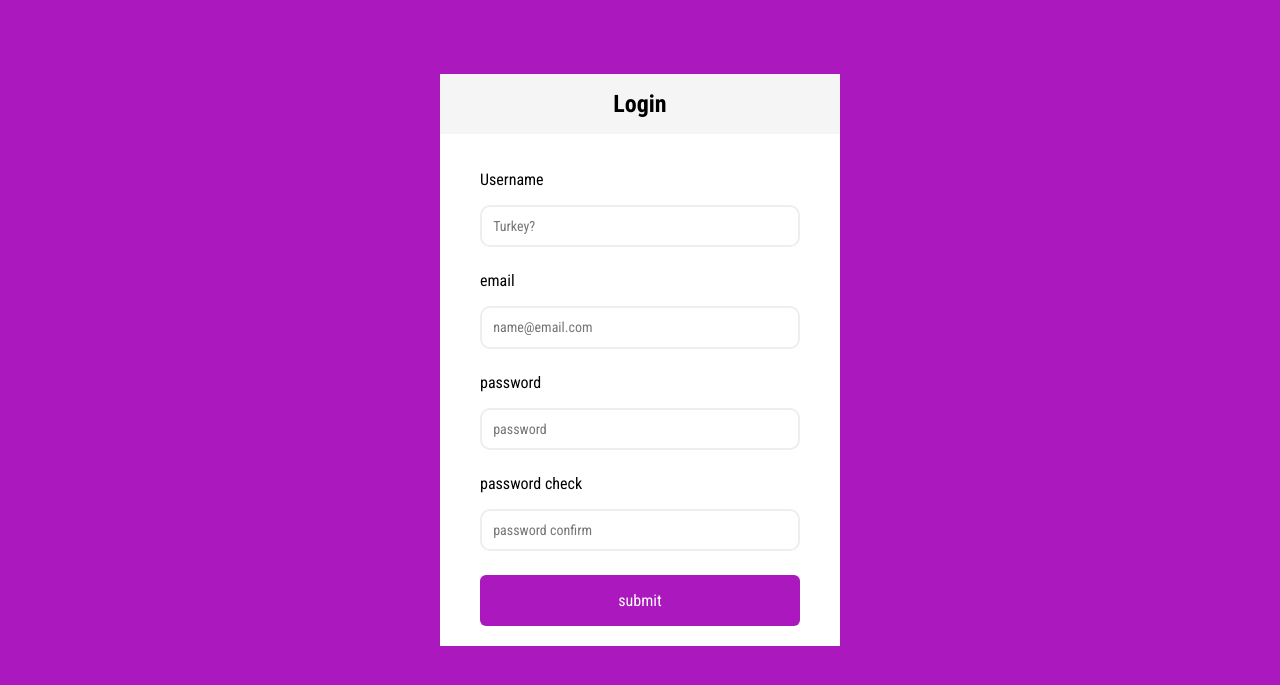
Repository: Abdoulrhman-altyeb/form-_validation-
Page: index.html
The author's editor kept a copy of each file at every save. The page is drawn from the files as they stood at one save, then again after the next save.
The browser window is 1280 px wide. The pictures show the whole page.

Above is the page before, as saved 2021-05-23 20:52:43.

### index.html
<!DOCTYPE html>
<html lang="en">
<head>
    <meta charset="UTF-8">
    <meta http-equiv="X-UA-Compatible" content="IE=edge">
    <meta name="viewport" content="width=device-width, initial-scale=1.0">
    <link rel="stylesheet" href="style.css">
    <link rel="stylesheet" href="https://cdnjs.cloudflare.com/ajax/libs/font-awesome/5.15.3/css/all.min.css"
        integrity="sha512-iBBXm8fW90+nuLcSKlbmrPcLa0OT92xO1BIsZ+ywDWZCvqsWgccV3gFoRBv0z+8dLJgyAHIhR35VZc2oM/gI1w=="
        crossorigin="anonymous" referrerpolicy="no-referrer" />
    <script src="script.js" defer></script>
    <title>form validation</title>
</head>
<body>
    <div class="container">
        <div class="header">
            <h2>Login</h2>
        </div>
        <form class="form">
            <div class="form-control">
                <label for="username">Username</label>
                <input type="text" placeholder="Turkey?" id="username">
                <i class="fa fa-check-circle"></i>
                <i class="fa fa-exclamation-circle"></i>
                <small>error message</small>
            </div>
            <div class="form-control">
                <label for="email">email</label>
                <input type="email" placeholder="name@email.com" id="email">
                <i class="fa fa-check-circle"></i>
                <i class="fa fa-exclamation-circle"></i>
                <small>error message</small>
            </div>
            <div class="form-control">
                <label for="password">password</label>
                <input type="password" placeholder="password" id="password">
                <i class="fa fa-check-circle"></i>
                <i class="fa fa-exclamation-circle"></i>
                <small>error message</small>
            </div>
            <div class="form-control">
                <label for="password2">password check</label>
                <input type="password" placeholder="password confirm" id="password2">
                <i class="fa fa-check-circle"></i>
                <i class="fa fa-exclamation-circle"></i>
                <small>error message</small>
            </div>
            <button type="submit" id="btn">submit</button>
        </form>
    </div>
</body>
</html>

### style.css
@import url('https://fonts.googleapis.com/css2?family=Roboto+Condensed:wght@400;700&display=swap');
*{
    padding:0;
    margin:0;
    box-sizing:border-box;
    font-family: 'Roboto Condensed', sans-serif;
}
body{
    display: flex;
    justify-content: center;
    align-items: center;
    min-height:100vh;
    background:rgb(171, 25, 190);
}
.container{
    background:white;
    width:400px;
    display: flex;
    flex-direction: column;
}
.header{
    text-align: center;
    padding:10px 40px;
    padding:1rem;
    background:whitesmoke;
    margin-bottom:1rem;
}
.form{
    padding:20px 40px;
}
.form-control{
    margin-bottom:0.5rem;
    padding-bottom:1rem;
    position: relative;
}
.form-control label{
    display: inline-block;
    margin-bottom:1rem;
}
.form-control input{
    display: block;
    border:2px solid #eee;
    width:100%;
    padding:0.7rem;
    font-size:14px;
    border-radius:10px;
}
.form-control i {
    position: absolute;
    top: 50px;
    right:1rem;
    visibility: hidden;
}
.form-control small {
    position: absolute;
    font-size:0.9rem;
    bottom:0;
    left:5px;
    visibility: hidden;
}

#btn {
    display: block;
    width:100%;
    background:rgb(171, 25, 190);
    color:white;
    padding:1rem;
    border-radius: 6px;
    border:none;
    font-size:1rem;
}

Loaded but not shown: script.js (no copy from this time; the picture is the same without it)

After the next save:
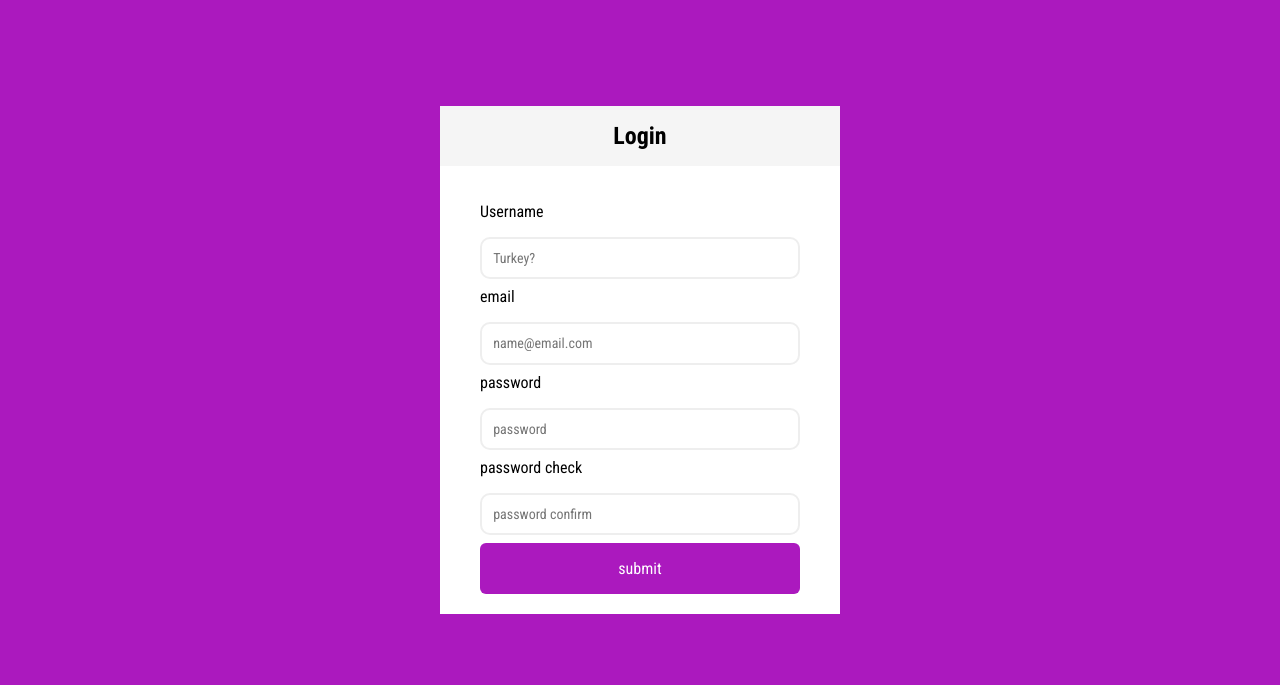
Saved 4 s later.
--- a/style.css
+++ b/style.css
@@ -30,7 +30,7 @@
 }
 .form-control{
     margin-bottom:0.5rem;
-    padding-bottom:1rem;
+    /* padding-bottom:1rem; */
     position: relative;
 }
 .form-control label{

After the 3 saves that followed:
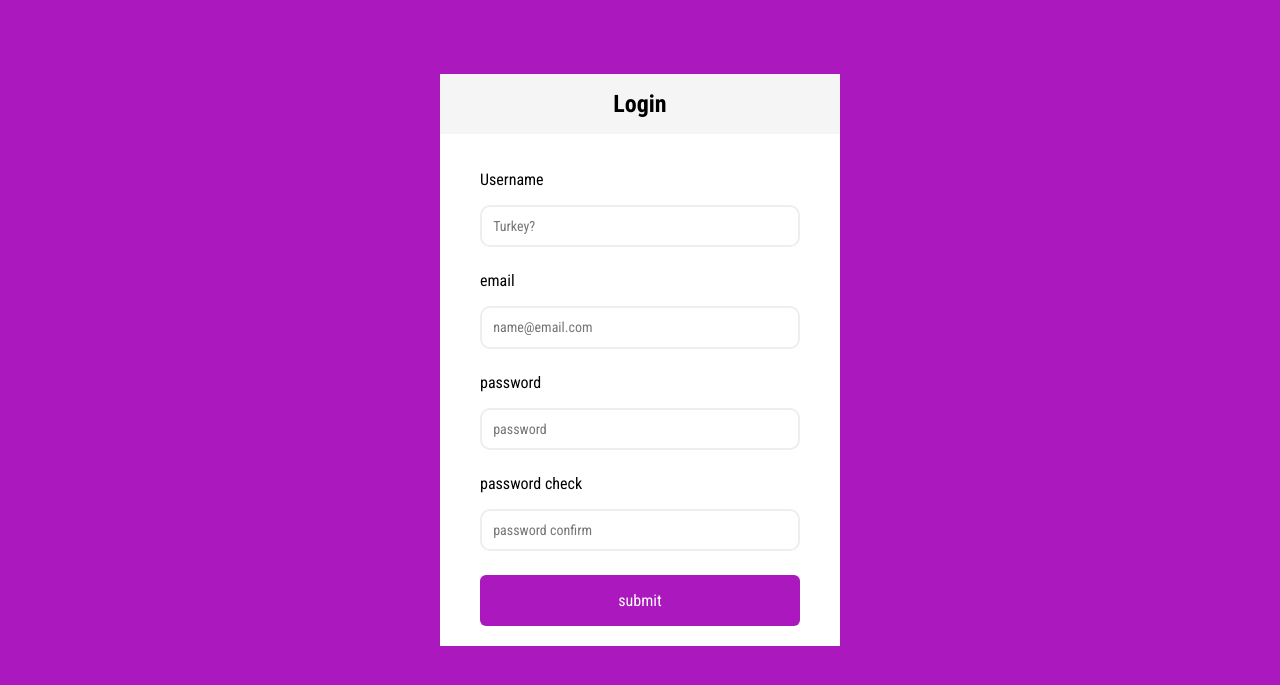
The 3 saves are shown as one change because they came seconds apart.
The last was saved 10 s later.
--- a/style.css
+++ b/style.css
@@ -30,7 +30,7 @@
 }
 .form-control{
     margin-bottom:0.5rem;
-    /* padding-bottom:1rem; */
+    padding-bottom:1rem;
     position: relative;
 }
 .form-control label{
